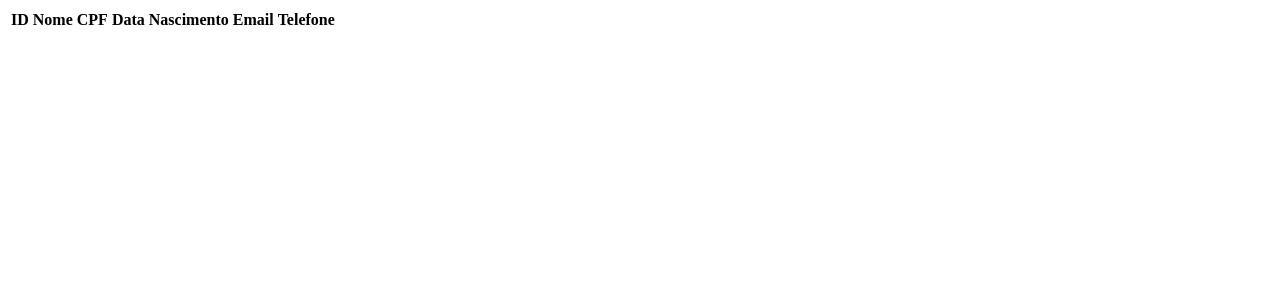
Repository: ujota/crud-cliente
Page: api-clientes/front/html/cliente.html
An editor plug-in stored every save of this project. The page is shown before and after the next save, followed by the edit.
The browser window is 1280 px wide. The pictures show the whole page.
The page's requests for data from a server got no answer.

Above is the page before, as saved 2022-10-03 04:11:20.
Not found: api-clientes/front/html/css/cliente.css

After the next save:
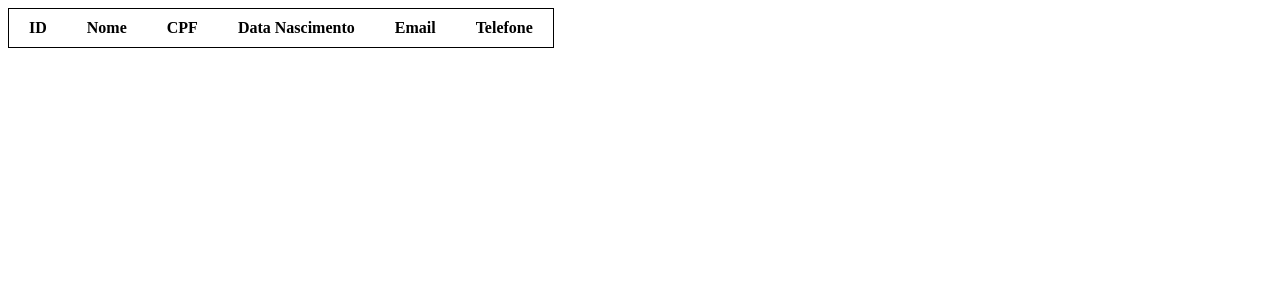
Saved 17 s later.
--- a/api-clientes/front/html/cliente.html
+++ b/api-clientes/front/html/cliente.html
@@ -5,7 +5,7 @@
     <meta http-equiv="X-UA-Compatible" content="IE=edge">
     <meta name="viewport" content="width=device-width, initial-scale=1.0">
     <title>Cliente</title>
-    <link rel="stylesheet" href="./css/cliente.css">
+    <link rel="stylesheet" href="../css/cliente.css">
 </head>
 <body>
     <form action="#">
